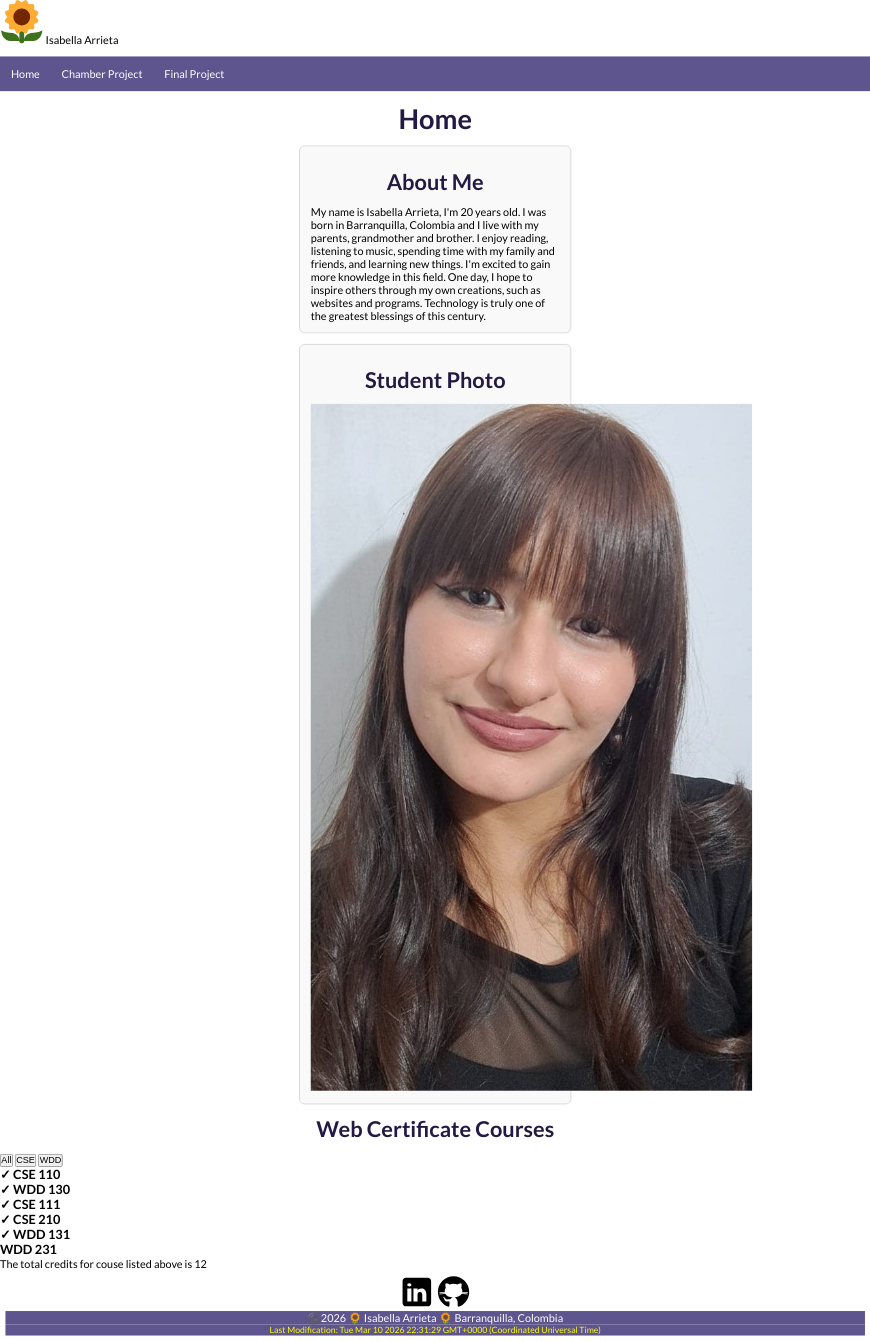
Repository: isaAJ05/wdd231
Page: index.html
The author's editor kept a copy of each file at every save. The page is drawn from the files as they stood at one save, then again after a run of saves.
The browser window is 1280 px wide. The pictures show the whole page, at 68% of full size.
Some web fonts or font styles are not loaded; a fallback is used.

Above is the page before, as saved 2026-03-10 23:41:24.

### index.html
<!DOCTYPE html>
<html lang="en">
<head>
    <meta charset="UTF-8">
    <meta name="viewport" content="width=device-width, initial-scale=1.0">
    <title>WDD 231 – Web Frontend Development I – Isabella Arrieta</title>
    <meta name="description" content="WDD 231 – Web Frontend Development I Isabella Arrieta, This is a page about me">
    <meta name="author" content="Isabella Arrieta">
    <link rel="stylesheet" href="styles/normalize.css">
    <link rel="preconnect" href="https://fonts.googleapis.com">
    <link rel="preconnect" href="https://fonts.gstatic.com" crossorigin>
    <link href="https://fonts.googleapis.com/css2?family=Lato:ital,wght@0,100;0,300;0,400;0,700;0,900;1,100;1,300;1,400;1,700;1,900&family=Open+Sans:ital,wght@0,300..800;1,300..800&family=Play:wght@400;700&family=Raleway:ital,wght@0,100..900;1,100..900&display=swap" rel="stylesheet">
    <script src="scripts/getdates.js" defer></script>
    <script src="scripts/hamburguer.js" defer></script>
    <script src="scripts/courses.js" defer></script>
</head>
<body>
    <header>
        <div class="title">
            <img src="images/sunflower-svgrepo-com.svg" alt="Isabella Arrieta logo">
            <span>Isabella Arrieta</span>
        </div>
        <button id="menu" aria-label="Open menu"></button>
        <nav>
            <ul class="navigation">
			<li><a href="index.html">Home</a></li>
			<li><a href="#" class="chamber">Chamber Project</a></li>
			<li><a href="#" class="final">Final Project</a></li>
		</ul>
        </nav>
    </header>
    <main>
        <h1>Home</h1>
        <section class="card">
            <div class="rectangle">
                <h2>About Me</h2>
            </div>
            <div class="presentation">
            <p>My name is Isabella Arrieta, I'm 20 years old. I was born in Barranquilla, Colombia and I live with my parents, grandmother and brother. I enjoy reading, listening to music, spending time with my family and friends, and learning new things. I'm excited to gain more knowledge in this field. One day, I hope to inspire others through my own creations, such as websites and programs. Technology is truly one of the greatest blessings of this century.</p>
            </div>
            </section>

        <section class="card">
            <div class="rectangle">
                <h2>Student Photo</h2>
            </div>
            <img src ="images/isa.jpg" alt="Isabella Arrieta picture">
            </section>

        <section class="card2">
            <div class="rectangle">
                <h2>Web Certificate Courses</h2>
            </div>
               <div class="course-buttons">
                <button id="all">All</button>
                <button id="cse">CSE</button>
                <button id="wdd">WDD</button>
            </div>

            <div id="courses"></div>

            <p>The total credits for couse listed above is <span id="totalCredits"></span></p>

        </section>
    </main>
    <footer>
        <div class ="icons">
                <a href="https://www.linkedin.com/in/isabella-arrieta/" target="_blank"><img src="images/icons8-linkedin.svg" alt="LinkedIn icon"></a>
                <a href="https://github.com/isaaj05" target="_blank"><img src="images/icons8-github.svg" alt="GitHub icon"></a>
        </div>
        <p>
            ©️<span id="currentyear"></span> 🌻 Isabella Arrieta 🌻 Barranquilla, Colombia
        </p>
        <p class="last-modified">
            <span id="lastModified"></span>
        </p>
    </footer>

</body>
</html>

### styles/normalize.css
:root {
    --primary-color: #231942;
    --secondary-color: #5e548e;
    --font: "Lato", sans-serif;
}
* {
	margin: 0;
	padding: 0;
	box-sizing: border-box;
}
body{
	font-family: var(--font);
}
h1 {
	text-align: left;
	color: var(--primary-color);
	font-size: 1.5rem;
	margin-left: 1rem;
	position: left;
}

h2 {
	font-size: 1.2rem;
	color: var(--primary-color);
	text-align: left;
	margin: 1rem;
	}
header {
    position: relative;

}
nav {
	margin: 1rem auto;
}

/* small view navigation */
#menu {
	font-size: 1.5rem;
	border: 0;
	background: none;
	color: #000;
 	position: absolute;
  top: 1rem;
	right: 1rem;
}

#menu::before {
	content: "☰";
}

#menu.open::before {
	content: "✖️";
}

.navigation {
	display: flex;
	flex-direction: column;
	list-style: none;
	background-color: var(--secondary-color);
	color: #fff;
}

.navigation a {
	display: none;
	padding: 1rem;
	text-align: center;
	text-decoration: none;
	color: #fff;
}
.navigation a:hover {
	background-color: #bbb;
	color: #333;
	font-weight: 700;
}

/* when the button is clicked - the open class is toggled (added/removed) */
.open a {
	display: block;
}

.active::before {
	content: "📍";  /* just a wayfinding symbol for the user */
}

.card {
	border: 1px solid #ccc;
	border-radius: 8px;
	padding: 1rem;
	margin: 1rem auto;
	max-width: 400px;
	background-color: #f9f9f9;
}

footer {
    color:  #fff;
    text-align: center;
    padding: 8px;
}
footer p {
    background: var(--secondary-color);
}
.last-modified {
    font-size: 0.8rem;
    color: yellow;
}

/* large view navigation ************************************/
@media (min-width: 37.5em) {
	h1 {
		font-size: 2.5rem;
		margin-left: 0;
		text-align: center;
	}

	h2 {
		font-size: 2rem;
		text-align: center;
	}

	#menu {
		display: none; /* hide hamburger button */
	}

	.navigation {
		flex-direction: row;
	}

	.navigation a {
		display: block;
		flex: 1 1 100%;
	}

	.stuff {
		margin: 1rem auto;
	}
}

### scripts/getdates.js
const year = document.querySelector("#currentyear");
const today = new Date();
year.innerHTML = `<span class="highlight">${today.getFullYear()}</span>`;
const lastMod = document.querySelector("#lastModified");
let oLastModif = new Date(document.lastModified);
lastMod.innerHTML = `Last Modification: <span class="highlight">${oLastModif}</span>`;

### scripts/hamburguer.js
const hamButton = document.querySelector('#menu');
const navigation = document.querySelector('.navigation');
const title = document.querySelector('.title');

hamButton.addEventListener('click', () => {
	navigation.classList.toggle('open');
    hamButton.classList.toggle('open');
    title.classList.toggle('open');
});

### scripts/courses.js
// here we select the elements we need to interact with
const courseContainer = document.querySelector("#courses"); // container for the course cards
const totalCredits = document.querySelector("#totalCredits"); // element to display total credits
// buttons to filter courses
const allBtn = document.querySelector("#all");
const cseBtn = document.querySelector("#cse");
const wddBtn = document.querySelector("#wdd");
// array given by the university with all the courses in the web certificate program
const courses = [
    {
        subject: 'CSE',
        number: 110,
        title: 'Introduction to Programming',
        credits: 2,
        certificate: 'Web and Computer Programming',
        description: 'This course will introduce students to programming. It will introduce the building blocks of programming languages (variables, decisions, calculations, loops, array, and input/output) and use them to solve problems.',
        technology: [
            'Python'
        ],
        completed: true
    },
    {
        subject: 'WDD',
        number: 130,
        title: 'Web Fundamentals',
        credits: 2,
        certificate: 'Web and Computer Programming',
        description: 'This course introduces students to the World Wide Web and to careers in web site design and development. The course is hands on with students actually participating in simple web designs and programming. It is anticipated that students who complete this course will understand the fields of web design and development and will have a good idea if they want to pursue this degree as a major.',
        technology: [
            'HTML',
            'CSS'
        ],
        completed: true
    },
    {
        subject: 'CSE',
        number: 111,
        title: 'Programming with Functions',
        credits: 2,
        certificate: 'Web and Computer Programming',
        description: 'CSE 111 students become more organized, efficient, and powerful computer programmers by learning to research and call functions written by others; to write, call , debug, and test their own functions; and to handle errors within functions. CSE 111 students write programs with functions to solve problems in many disciplines, including business, physical science, human performance, and humanities.',
        technology: [
            'Python'
        ],
        completed: true
    },
    {
        subject: 'CSE',
        number: 210,
        title: 'Programming with Classes',
        credits: 2,
        certificate: 'Web and Computer Programming',
        description: 'This course will introduce the notion of classes and objects. It will present encapsulation at a conceptual level. It will also work with inheritance and polymorphism.',
        technology: [
            'C#'
        ],
        completed: true
    },
    {
        subject: 'WDD',
        number: 131,
        title: 'Dynamic Web Fundamentals',
        credits: 2,
        certificate: 'Web and Computer Programming',
        description: 'This course builds on prior experience in Web Fundamentals and programming. Students will learn to create dynamic websites that use JavaScript to respond to events, update content, and create responsive user experiences.',
        technology: [
            'HTML',
            'CSS',
            'JavaScript'
        ],
        completed: true
    },
    {
        subject: 'WDD',
        number: 231,
        title: 'Frontend Web Development I',
        credits: 2,
        certificate: 'Web and Computer Programming',
        description: 'This course builds on prior experience with Dynamic Web Fundamentals and programming. Students will focus on user experience, accessibility, compliance, performance optimization, and basic API usage.',
        technology: [
            'HTML',
            'CSS',
            'JavaScript'
        ],
        completed: false
    }
]
// function to display the courses on the page
function displayCourses(courseList) {
    courseContainer.innerHTML = ""; // clear the container before adding new courses

    courseList.forEach(course => {
        const card = document.createElement("div"); // create a card for each course
        card.classList.add("course-card");

        if (course.completed) {
            card.classList.add("completed");// add a class to indicate the course is completed
        }

        card.innerHTML = `
            <h3>${course.completed ? '✓' : ''} ${course.subject} ${course.number}</h3>
        `;

        courseContainer.appendChild(card); // add the card to the container
    });

    calculateCredits(courseList);
}
function calculateCredits(courseList) {
    const total = courseList.reduce((sum, course) => sum + course.credits, 0); // calculate the total credits by summing the credits of all courses in the list
    totalCredits.textContent = total;
}

allBtn.addEventListener("click", () => {
    displayCourses(courses);
});

cseBtn.addEventListener("click", () => {
    const cseCourses = courses.filter(course => course.subject === "CSE");
    displayCourses(cseCourses);
});

wddBtn.addEventListener("click", () => {
    const wddCourses = courses.filter(course => course.subject === "WDD");
    displayCourses(wddCourses);
});

displayCourses(courses);

After the next 5 saves:
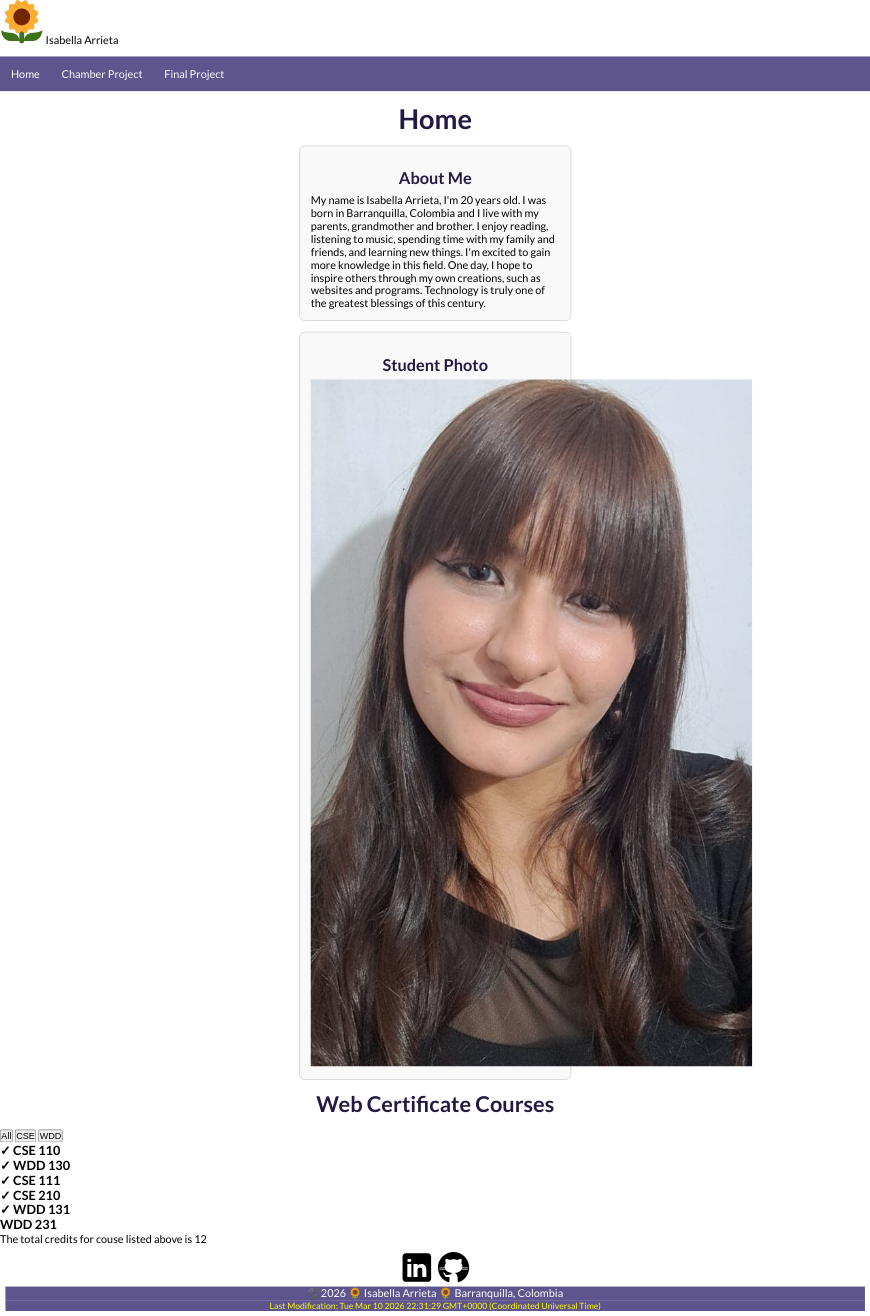
The 5 saves are shown as one change because they came seconds apart.
The last was saved 22 s later.
--- a/styles/normalize.css
+++ b/styles/normalize.css
@@ -90,6 +90,11 @@
 	max-width: 400px;
 	background-color: #f9f9f9;
 }
+.card h2{
+	font-size: 1.5rem;
+	color: var(--primary-color);
+	margin-bottom: 0.5rem;
+}
 
 footer {
     color:  #fff;

After the save that followed:
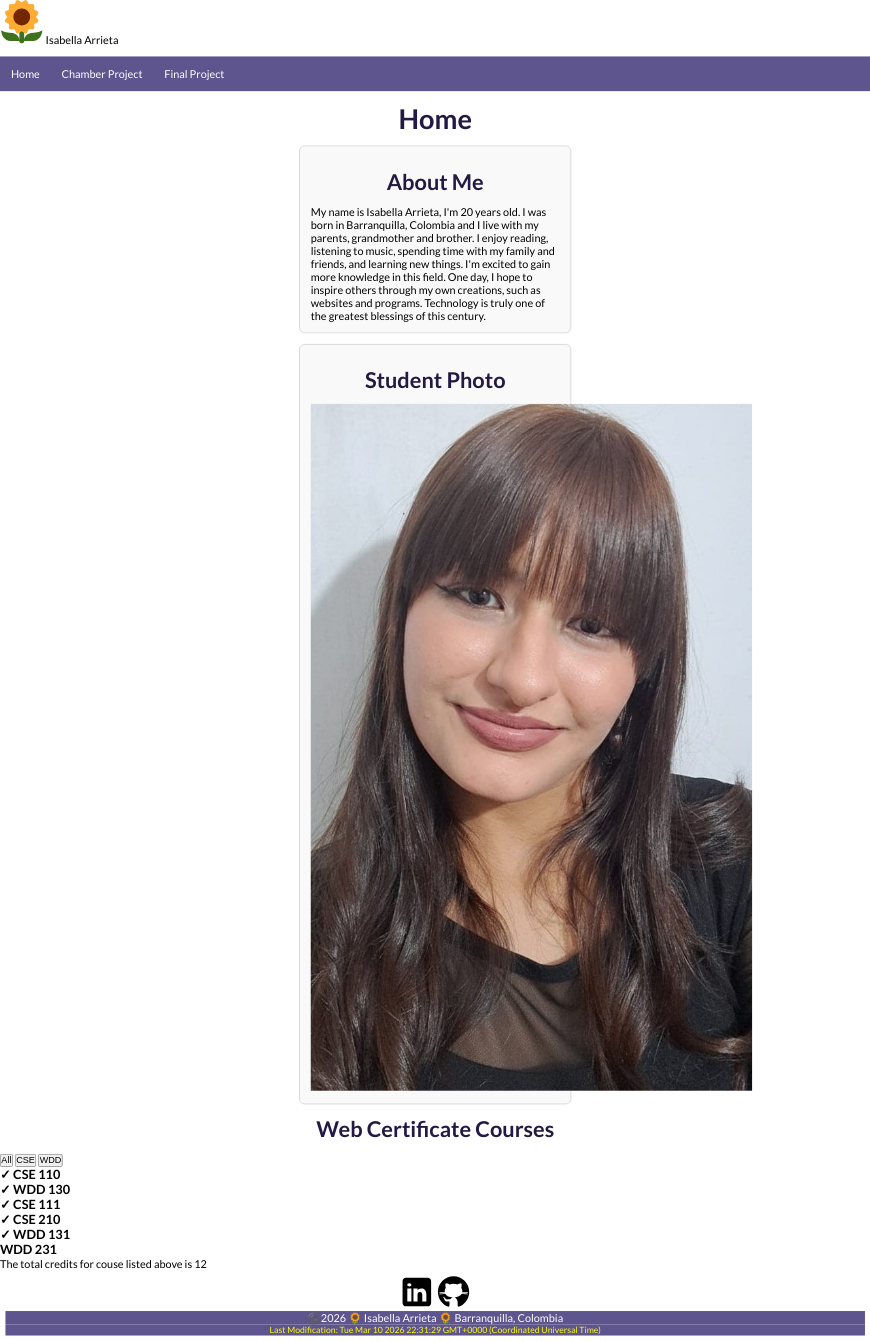
Saved 8 s later.
--- a/styles/normalize.css
+++ b/styles/normalize.css
@@ -91,9 +91,7 @@
 	background-color: #f9f9f9;
 }
 .card h2{
-	font-size: 1.5rem;
-	color: var(--primary-color);
-	margin-bottom: 0.5rem;
+
 }
 
 footer {
